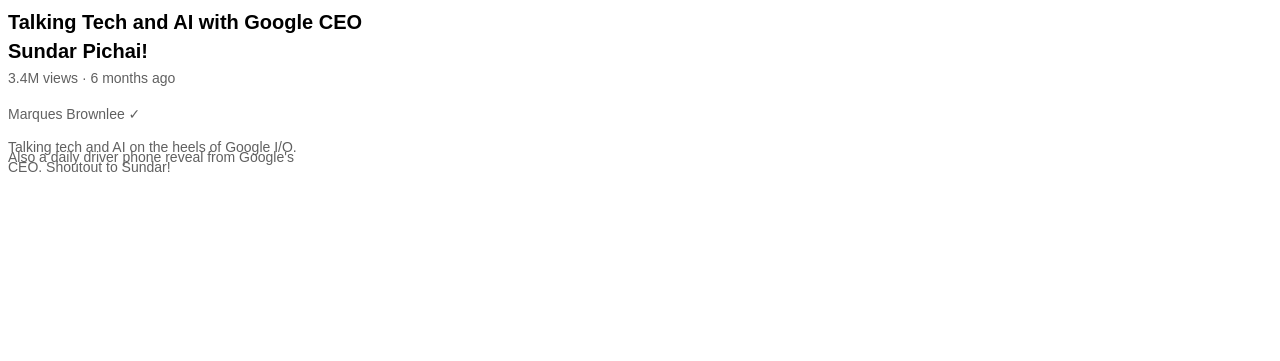
Repository: RagulRanjeeth/Frontend
Page: TxtSyles.html
The author's editor kept a copy of each file at every save. The page is drawn from the files as they stood at one save, then again after the next save.
The browser window is 1280 px wide. The pictures show the whole page.

Above is the page before, as saved 2026-01-20 12:48:19.

After the next save:
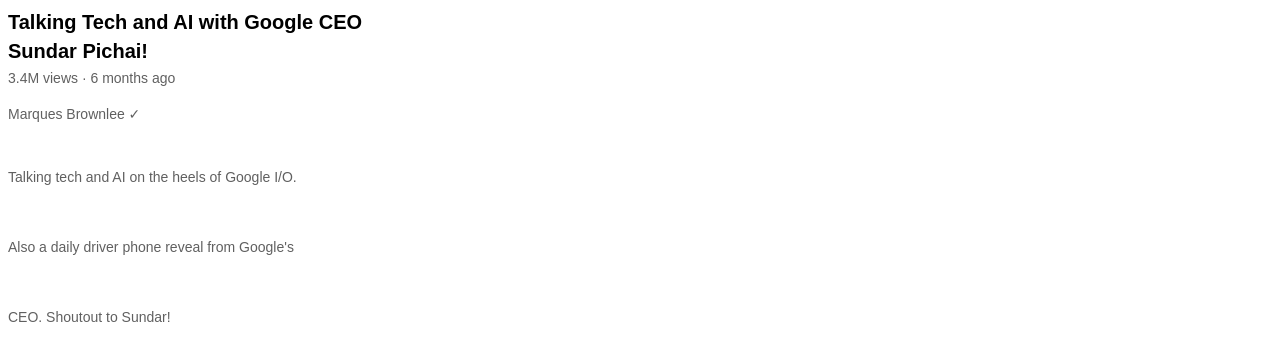
Saved 13 s later.
--- a/TxtSyles.html
+++ b/TxtSyles.html
@@ -29,7 +29,7 @@
         font-size: 14px;
         color: rgb(96, 96, 96);
         width: 300px;
-        line-height:10px;
+        line-height:70px;
         margin-top: 20px;
     }
 </style>
